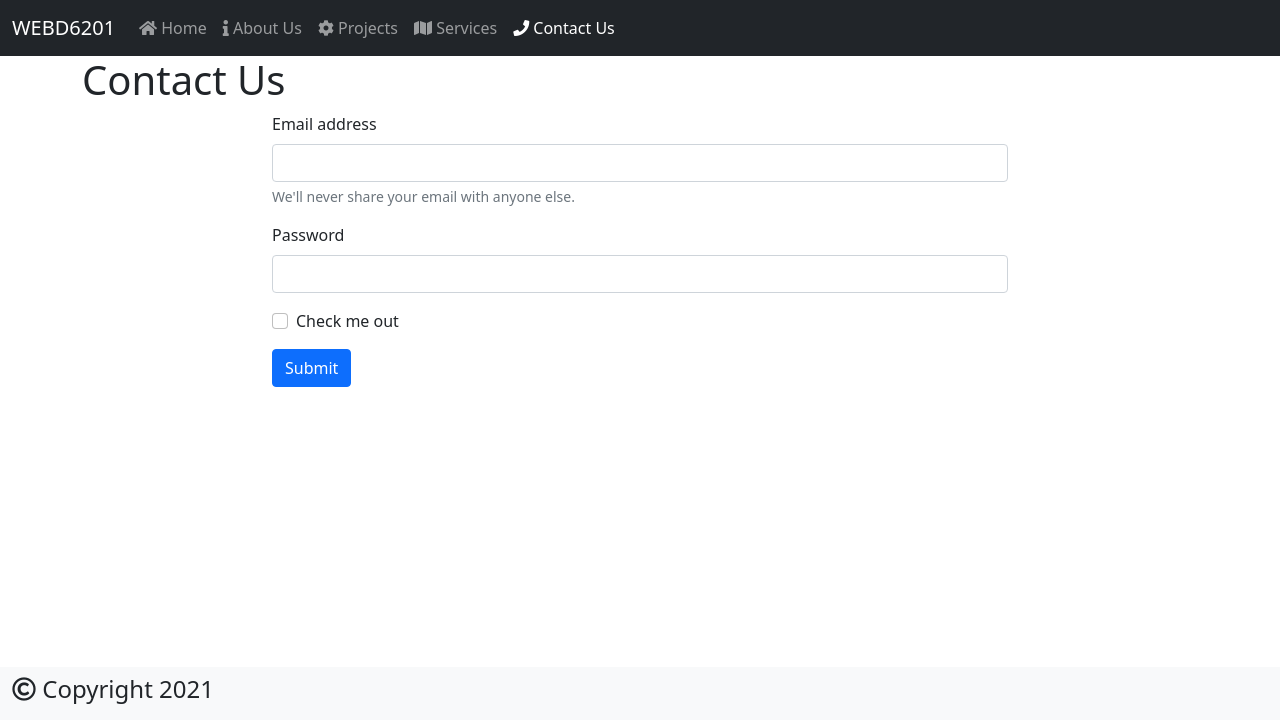
Repository: spencernewellevans/WEBD6201-ICE01
Page: contact.html
The author's editor kept a copy of each file at every save. The page is drawn from the files as they stood at one save, then again after the next save.
The browser window is 1280 px wide. The pictures show the whole page.

Above is the page before, as saved 2021-01-22 19:33:46.

### contact.html
<!DOCTYPE html>
<html lang="en">
<head>
    <meta charset="UTF-8">
    <meta name="viewport" content="width=device-width, initial-scale=1.0">
    <title>Contact</title>
    <!-- CSS Section-->
    <link rel="stylesheet" href="./node_modules/bootstrap/dist/css/bootstrap.min.css">
    <link rel="stylesheet" href="./node_modules/@fortawesome/fontawesome-free/css/all.min.css">
    <link rel="stylesheet" href="./Content/app.css">
</head>
<body>
    <!-- Main Header -->
    <header>
        <!-- Main Navigation -->
        <nav class="navbar navbar-expand-lg navbar-dark bg-dark">
            <div class="container-fluid">
              <a class="navbar-brand" href="#=index.html">WEBD6201</a>
              <button class="navbar-toggler" type="button" data-bs-toggle="collapse" data-bs-target="#navbarSupportedContent" aria-controls="navbarSupportedContent" aria-expanded="false" aria-label="Toggle navigation">
                <span class="navbar-toggler-icon"></span>
              </button>
              <div class="collapse navbar-collapse" id="navbarSupportedContent">
                <ul class="navbar-nav me-auto mb-2 mb-lg-0">
                  <li class="nav-item">
                    <a class="nav-link" aria-current="page" href="index.html"><i class="fas fa-home fa-large"></i> Home</a>
                  </li>

                  <li class="nav-item">
                    <a class="nav-link" aria-current="page" href="about.html"><i class="fas fa-info fa-large"></i> About Us</a>
                  </li>

                  <li class="nav-item">
                    <a class="nav-link" aria-current="page" href="projects.html"><i class="fas fa-cog fa-large"></i> Projects</a>
                  </li>

                  <li class="nav-item">
                    <a class="nav-link" aria-current="page" href="services.html"><i class="fas fa-map fa-large"></i> Services</a>
                  </li>

                  <li class="nav-item">
                    <a class="nav-link active" aria-current="page" href="contact.html"><i class="fas fa-phone fa-large"></i> Contact Us</a>
                  </li>
                </ul>
              </div>
            </div>
          </nav>
    </header>

    <!-- Main Content -->
    <main class="container">
        <h1>Contact Us</h1>

        <div class="row justify-content-md-center">
          <form class="col-lg-8 col-md-8 col-sm-10">

            <div class="mb-3">
              <label for="exampleInputEmail1" class="form-label">Email address</label>
              <input type="email" class="form-control" id="exampleInputEmail1" aria-describedby="emailHelp">
              <div id="emailHelp" class="form-text">We'll never share your email with anyone else.</div>
            </div>
            <div class="mb-3">
              <label for="exampleInputPassword1" class="form-label">Password</label>
              <input type="password" class="form-control" id="exampleInputPassword1">
            </div>
            <div class="mb-3 form-check">
              <input type="checkbox" class="form-check-input" id="exampleCheck1">
              <label class="form-check-label" for="exampleCheck1">Check me out</label>
            </div>
            <button type="submit" class="btn btn-primary">Submit</button>
          </form>
        </div>


    </main>

    <!-- Main Footer -->
    <footer>
        <nav class="navbar fixed-bottom navbar-light bg-light">
            <div class="container-fluid">
              <h4><i class="far fa-copyright fa-large"></i> Copyright 2021</h4>
            </div>
          </nav>
    </footer>

    <!-- Script Section -->
    <script src="./node_modules/jquery/dist/jquery.min.js"></script>
    <script src="./node_modules/bootstrap/dist/js/bootstrap.bundle.min.js"></script>
    <script src="./Scripts/app.js"></script>
</body>
</html>

### content/app.css
/* Custom CSS goes here */

### scripts/app.js
/* Custom JavaScript goes here */

// IIFE - Immediately Invoked Function Expression
// Anonymous self-executing expression
// limits scope leak

"use strict";

(function()
{
    function displayHome()
    {
        let paragraphOneText = "This is a simple site to demonstrate DOM manipulation for ICE 1";

        let paragraphOneElement = document.getElementById("paragraphOne");

        paragraphOneElement.textContent = paragraphOneText;
        paragraphOneElement.className = "fs-5"

        // CREATION
        // Step 1. create the element
        let newParagraph = document.createElement("p");
        // Step 2. configure the element
        newParagraph.setAttribute("id","paragraphTwo");
        newParagraph.textContent = "...And this is paragraph two"
        // Step 3. select parent element
        let mainContent = document.getElementsByTagName("main")[0];
        // Step 3. insert the element
        mainContent.appendChild(newParagraph);
        newParagraph.className = "fs-6";

        let paragraphDiv = document.createElement("div");
        let paragraphThree =  `<p id="paragraphThree" class="fs-7 fw-bold">And this is the third paragraph</p>`;
        paragraphDiv.innerHTML = paragraphThree;

        // INSERTION
        // insertion before a node example
        //newParagraph.before(paragraphDiv);

        // insertion after a node example
        newParagraph.after(paragraphDiv);

        // DELETION
        // example of removing a single element
        //paragraphOneElement.remove();

        // removeChild example
        mainContent.removeChild(paragraphOneElement);

        // MODIFICATION
        //mainContent.firstElementChild.textContent = "Welcome Home!"
        mainContent.innerHTML =
        `<h1 id="firstHeading">Welcome to WEBD6201 - Lab 1</h1>
        <p id="paragraphOne" class="fs-3">This is the first paragraph</p>
        `;
    }

    function displayAbout()
    {

    }

    function displayProjects()
    {

    }

    function displayServices()
    {

    }

    function displayContact()
    {

    }

    function Start()
    {
        console.log("App Started...");

        switch (document.title)
        {
          case "Home":
            displayHome();
            break;
          case "About":
            displayAbout();
            break;
          case "Projects":
            displayProjects();
            break;
          case "Services":
            displayServices();
            break;
          case "Contact":
            displayContact();
            break;
        }



    }

    window.addEventListener("load", Start);

})();

Loaded but not shown: node_modules/bootstrap/dist/css/bootstrap.min.css (library); node_modules/@fortawesome/fontawesome-free/css/all.min.css (library); node_modules/jquery/dist/jquery.min.js (library); node_modules/bootstrap/dist/js/bootstrap.bundle.min.js (library)

After the next save:
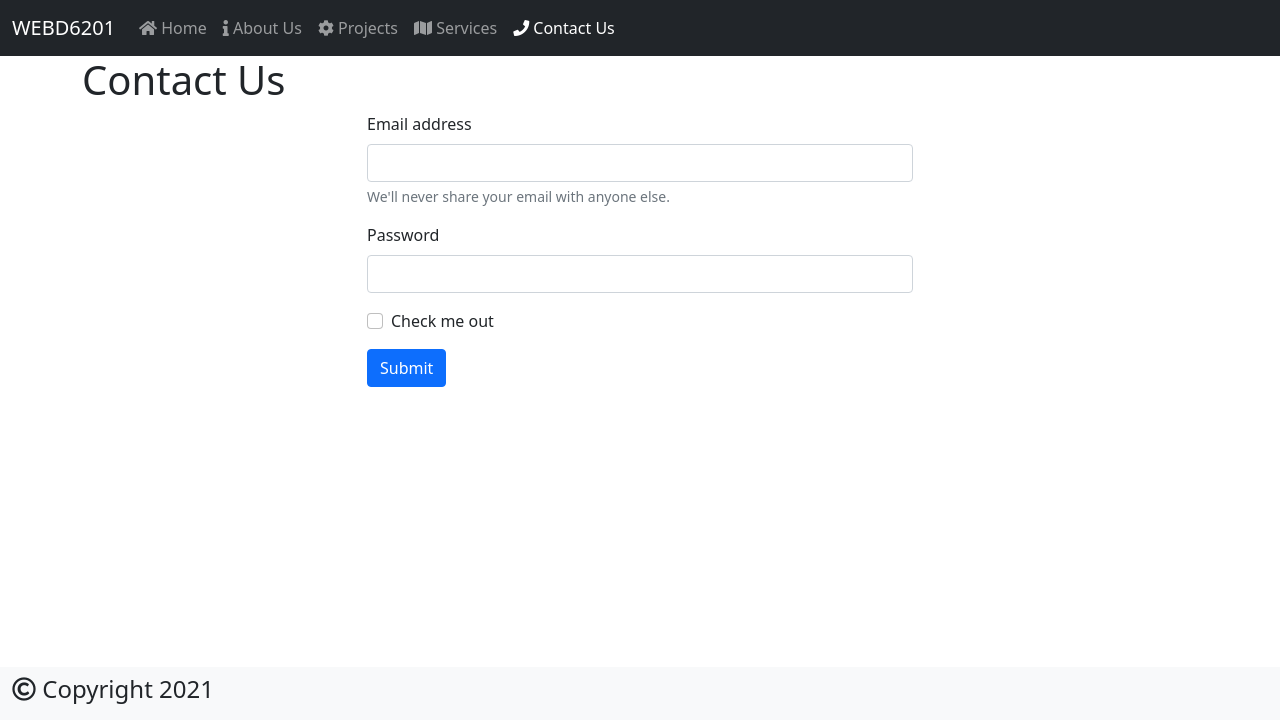
Saved 35 s later.
--- a/contact.html
+++ b/contact.html
@@ -51,7 +51,7 @@
         <h1>Contact Us</h1>
 
         <div class="row justify-content-md-center">
-          <form class="col-lg-8 col-md-8 col-sm-10">
+          <form class="col-lg-6 col-md-8 col-sm-10">
 
             <div class="mb-3">
               <label for="exampleInputEmail1" class="form-label">Email address</label>
